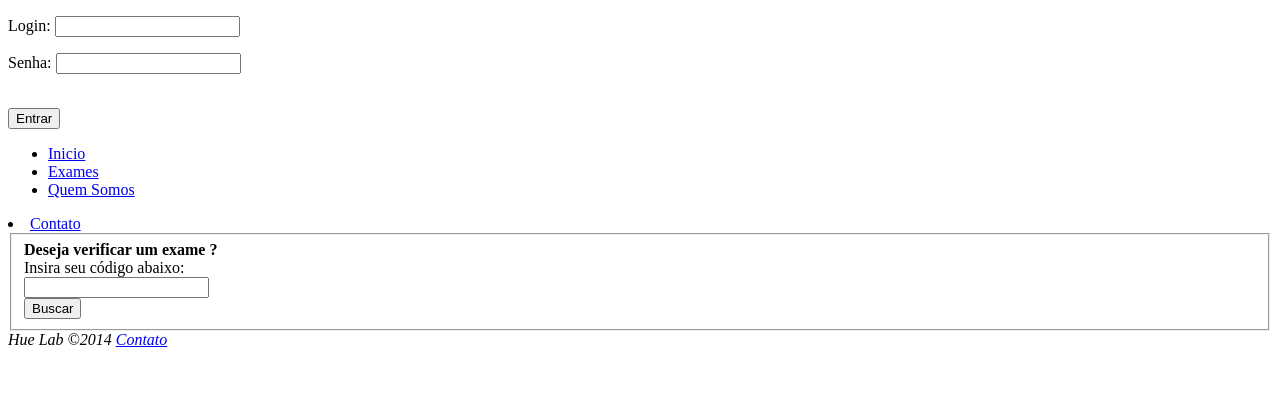
Repository: kokmz/TCCHUE
Page: http://localhost/LabWeb/index.jsp
The author's editor kept a copy of each file at every save. The page is drawn from the files as they stood at one save, then again after the next save.
The browser window is 1280 px wide. The pictures show the whole page.
Some web libraries are served in a nearby version. The page is served by Tomcat 9. Other server files are loaded and not shown.

Above is the page before, as saved 2014-10-18 21:36:37.
Console error: SyntaxError: Unexpected token '<'

### WebTCM/LabWeb/WebContent/index.jsp
<?xml version="1.0" encoding="ISO-8859-1" ?>
<%@ page language="java" contentType="text/html; charset=ISO-8859-1"
    pageEncoding="ISO-8859-1"%>
<%@ taglib uri="http://java.sun.com/jsp/jstl/core" prefix="c" %>

<!DOCTYPE html PUBLIC "-//W3C//DTD XHTML 1.0 Transitional//EN" "http://www.w3.org/TR/xhtml1/DTD/xhtml1-transitional.dtd">
<html xmlns="http://www.w3.org/1999/xhtml">
<head>
<meta http-equiv="Content-Type" content="text/html; charset=ISO-8859-1" />
<script src='http://ajax.googleapis.com/ajax/libs/jquery/1.10.2/jquery.min.js'></script>
<script type='text/javascript' src="menu_jquery.js"></script>
<link rel="stylesheet" type="text/css" href="estilos.css"/>
<title>Hue - Laboratorio Medicinal</title>
</head>
<body>
	<%@include file="inicio.jsp" %>
	<%@include file="paginasjsp/menu.jsp" %>
<div id="conteudo">
		<div id="verificarcod">
		<fieldset>
			<label><b>Deseja verificar um exame ?</b></label><br/>
			<label class="requerido" id="labelCodigo" for="codigo">Insira seu código abaixo: </label><br/>
			<input type="text" id="codigo"></input><br/>
			<a href='consultaCod.html'><input type="submit" value="Buscar"/></a>
		</fieldset>
		</div>
</div>
	</div>
	<%@include file="paginas/rodape.html" %>


</body>
</html>

### WebTCM/LabWeb/WebContent/inicio.jsp
<?xml version="1.0" encoding="ISO-8859-1" ?>
<%@ page language="java" contentType="text/html; charset=ISO-8859-1"
    pageEncoding="ISO-8859-1"%>
<%@ taglib uri="http://java.sun.com/jsp/jstl/core" prefix="c" %>
<!DOCTYPE html PUBLIC "-//W3C//DTD XHTML 1.0 Transitional//EN" "http://www.w3.org/TR/xhtml1/DTD/xhtml1-transitional.dtd">
<html xmlns="http://www.w3.org/1999/xhtml">
<head>
<meta http-equiv="Content-Type" content="text/html; charset=ISO-8859-1" />
<link rel="stylesheet" type="text/css" href="estilos.css"/>
<title>Hue - Laboratorio Medicinale</title>
</head>
<body>



	<c:if test="${empty loginUsuario}">
					<div id="login">
						<form id="login" action="LoginServlet" method="post">
						    <p>
						    <label for="Login">Login:</label>
							<input type="text" name="login" value="${param.login}">
							<br />
							</p>
							<p>
							<label for="senha">Senha:</label>
							<input type="password" name="password">
							<br />
							</p>
							<p>
							<br />
							<input type="submit" value="Entrar">
							<br />
							</p>
							</form>
					</div>
				</c:if>
	</div>
	<!-- validando se ha erros e mostrando uma menssagem caso positivo -->
		<c:if test="${not empty mensagemErro}">
			  <script type="text/javascript">
			  		alert('${mensagemErro}');
			  </script>
		</c:if>
</body>
</html>

### WebTCM/LabWeb/WebContent/paginasjsp/menu.jsp
<%@ page language="java" contentType="text/html; charset=ISO-8859-1"
    pageEncoding="ISO-8859-1"%>
<%@ taglib uri="http://java.sun.com/jsp/jstl/core" prefix="c" %>


<div id='pagina'>
<div id='cssmenu'>
	<ul>
   		<li class='active'><a href='index.jsp'><span>Inicio</span></a></li>
   		<li><a href='laboratorias.jsp'><span>Exames</span></a></li>

   		<li><a href='quemsou.jsp'><span>Quem Somos</span></a></li>
	</ul>
   		<c:if test="${loginUsuario.perfil.gestor}">
			<li><a href='gestor1.jsp'><span>Cadastros</span></a></li>
			<li><a href='ListaPacienteServlet'><span>Pacientes Cadastrados</span></a></li>
		</c:if>
		<c:if test="${loginUsuario.perfil.admin}">
			<li><a href='admin1.jsp'><span>Cadastros</span></a></li>
			<li><a href='admin2.jsp'><span>Cadastro de Exames</span></a></li>
		</c:if>
		<c:if test="${loginUsuario.perfil.paciente}">
			<li><a href=''><span>Consulte seu exame</span></a></li>
		</c:if>

		<li class='last'><a href='contato.jsp'><span>Contato</span></a></li>

		<c:if test="${loginUsuario.perfil.gestor}">
			<li><a href="LogoutServlet"><span>Sair</span></a></li>
			</c:if>
		<c:if test="${loginUsuario.perfil.admin}">
			<li><a href="LogoutServlet"><span>Sair</span></a></li>
		</c:if>
		<c:if test="${loginUsuario.perfil.paciente}">
			<li><a href="LogoutServlet"><span>Sair</span></a></li>
		</c:if>
	</ul>
 </div>
</div>

### WebTCM/LabWeb/WebContent/paginas/rodape.html
<div id='pagina'>
<div id="rodape">
        <address>Hue Lab &copy;2014 <a href="mailto: contato@HueLab.com.br">Contato</a></address>
	</div>
	</div>

After the next save:
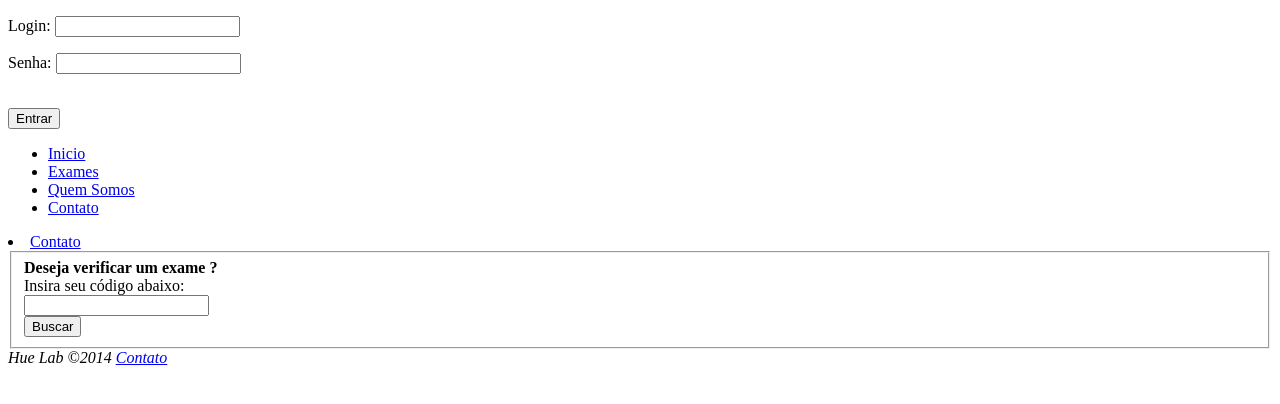
Saved 67 s later.
--- a/WebTCM/LabWeb/WebContent/paginasjsp/menu.jsp
+++ b/WebTCM/LabWeb/WebContent/paginasjsp/menu.jsp
@@ -8,13 +8,15 @@
 	<ul>
    		<li class='active'><a href='index.jsp'><span>Inicio</span></a></li>
    		<li><a href='laboratorias.jsp'><span>Exames</span></a></li>
-
    		<li><a href='quemsou.jsp'><span>Quem Somos</span></a></li>
+   		<li class='last'><a href='contato.jsp'><span>Contato</span></a></li>
 	</ul>
+	<ul>
    		<c:if test="${loginUsuario.perfil.gestor}">
 			<li><a href='gestor1.jsp'><span>Cadastros</span></a></li>
 			<li><a href='ListaPacienteServlet'><span>Pacientes Cadastrados</span></a></li>
 		</c:if>
+		</ul>
 		<c:if test="${loginUsuario.perfil.admin}">
 			<li><a href='admin1.jsp'><span>Cadastros</span></a></li>
 			<li><a href='admin2.jsp'><span>Cadastro de Exames</span></a></li>

After the 3 saves that followed:
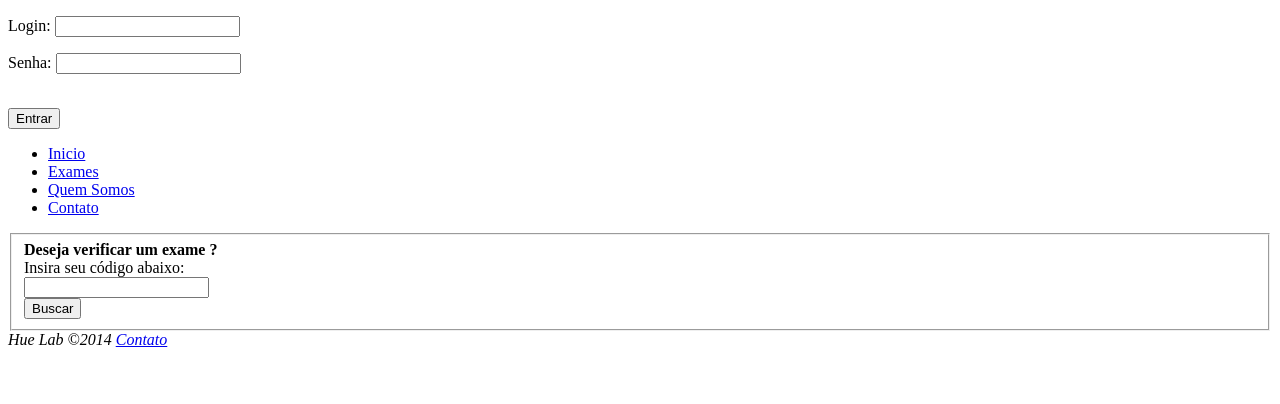
The 3 saves are shown as one change because 2 left the picture as it was.
The last was saved 3 min 9 s later.
--- a/WebTCM/LabWeb/WebContent/paginasjsp/menu.jsp
+++ b/WebTCM/LabWeb/WebContent/paginasjsp/menu.jsp
@@ -11,21 +11,26 @@
    		<li><a href='quemsou.jsp'><span>Quem Somos</span></a></li>
    		<li class='last'><a href='contato.jsp'><span>Contato</span></a></li>
 	</ul>
+
 	<ul>
    		<c:if test="${loginUsuario.perfil.gestor}">
-			<li><a href='gestor1.jsp'><span>Cadastros</span></a></li>
-			<li><a href='ListaPacienteServlet'><span>Pacientes Cadastrados</span></a></li>
+   			<li class='active'><a href='index.jsp'><span>Inicio</span></a></li>
+   			<li><a href='laboratorias.jsp'><span>Exames</span></a></li>
+   			<li><a href='ListaPacienteServlet'><span>Pacientes</span></a></li>
+			<li><a href='duvida.jsp'><span>Dúvidas</span></a></li>
 		</c:if>
-		</ul>
+	</ul>
+
+	<ul>
 		<c:if test="${loginUsuario.perfil.admin}">
-			<li><a href='admin1.jsp'><span>Cadastros</span></a></li>
-			<li><a href='admin2.jsp'><span>Cadastro de Exames</span></a></li>
+			<li class='active'><a href='index.jsp'><span>Inicio</span></a></li>
+   			<li><a href='laboratorias.jsp'><span>Exames</span></a></li>
+   			<li><a href='ListaGestoresServlet'><span>Gestores</span></a></li>
+			<li><a href='ListaPacienteServlet'><span>Pacientes</span></a></li>
+			<li><a href='duvida.jsp'><span>Dúvidas</span></a></li>
 		</c:if>
-		<c:if test="${loginUsuario.perfil.paciente}">
-			<li><a href=''><span>Consulte seu exame</span></a></li>
-		</c:if>
+	</ul>
 
-		<li class='last'><a href='contato.jsp'><span>Contato</span></a></li>
 
 		<c:if test="${loginUsuario.perfil.gestor}">
 			<li><a href="LogoutServlet"><span>Sair</span></a></li>
@@ -33,9 +38,6 @@
 		<c:if test="${loginUsuario.perfil.admin}">
 			<li><a href="LogoutServlet"><span>Sair</span></a></li>
 		</c:if>
-		<c:if test="${loginUsuario.perfil.paciente}">
-			<li><a href="LogoutServlet"><span>Sair</span></a></li>
-		</c:if>
 	</ul>
  </div>
 </div>
